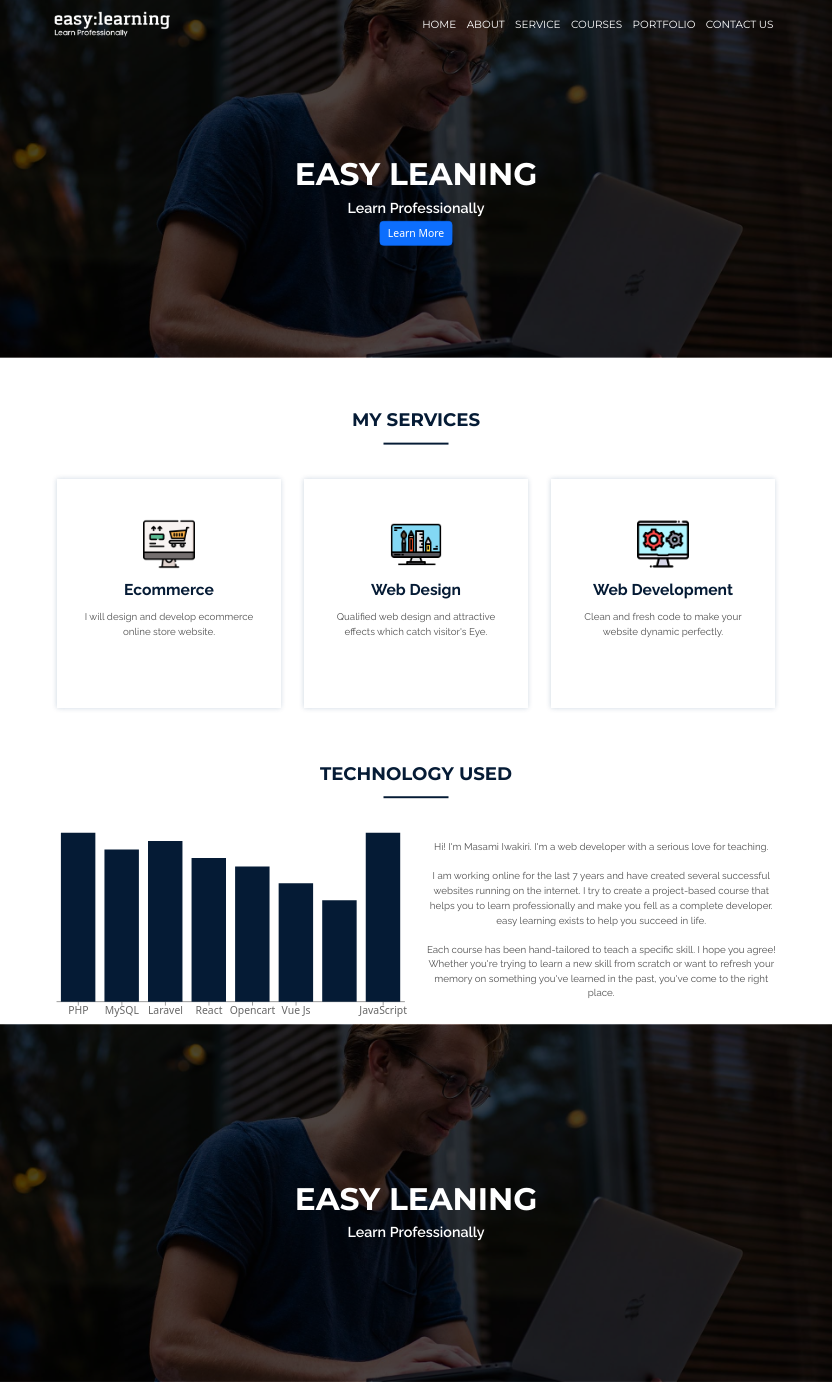
Repository: masamichan/free_video_app
Page: /
An editor plug-in stored every save of this project. The page is shown before and after the next save, followed by the edit.
The browser window is 1280 px wide. The pictures show the whole page, at 65% of full size.
Backgrounds fixed to the window are drawn as part of the page. The project was rebuilt for these pictures with package versions that can differ from the ones it lists, and the page was loaded fresh each time.

Above is the page before, as saved 2023-01-29 11:06:15.

### public/index.html
<!DOCTYPE html>
<html lang="en">
  <head>
    <meta charset="utf-8" />
    <link rel="icon" href="%PUBLIC_URL%/icon.png" />
    <meta name="viewport" content="width=device-width, initial-scale=1" />
    <meta name="theme-color" content="#000000" />
    <meta
      name="description"
      content="Web site created using create-react-app"
    />

    <link rel="manifest" href="%PUBLIC_URL%/manifest.json" />

    <link rel="preconnect" href="https://fonts.googleapis.com">
    <link rel="preconnect" href="https://fonts.gstatic.com" crossorigin>
    <link
      href="https://fonts.googleapis.com/css2?family=Montserrat:wght@400;700;800&family=Raleway:wght@300;400;600;700&display=swap"
      rel="stylesheet">

    <title>Easy Leaning</title>
  </head>
  <body>
    <noscript>You need to enable JavaScript to run this app.</noscript>
    <div style="width: 100%;" id="root"></div>

  </body>
</html>

### src/App.js
import React from "react";
import Analysis from "./components/Analysis/Analysis";
import Services from "./components/Services/Services";
import Summary from "./components/Summary/Summary";
import { TopBanner } from "./components/TopBanner/TopBanner";
import TopNavigation from "./components/TopNavigation/TopNavigation";

function App() {
  return (
    <div>
      <TopNavigation />
      <TopBanner />
      <Services />
      <Analysis />
      <Summary />
    </div>
  );
}

export default App;

### src/components/Analysis/Analysis.jsx
import React, { Component, Fragment } from "react";
import { Col, Container, Row } from "react-bootstrap";
import { Bar, BarChart, ResponsiveContainer, Tooltip, XAxis } from "recharts";
class Analysis extends Component {
  constructor() {
    super();
    this.state = {
      data: [
        { Technology: "PHP", Projects: 100 },
        { Technology: "MySQL", Projects: 90 },
        { Technology: "Laravel", Projects: 95 },
        { Technology: "React", Projects: 85 },
        { Technology: "Opencart", Projects: 80 },
        { Technology: "Vue Js", Projects: 70 },
        { Technology: "Django", Projects: 60 },
        { Technology: "JavaScript", Projects: 100 },
      ],
    };
  }

  render() {
    var blue = "#051b35";
    return (
      <Fragment>
        <Container className="text-center">
          <h1 className="serviceMainTitle">TECHNOLOGY USED</h1>
          <div className="bottom"></div>
          <Row>
            <Col
              style={{ width: "100", height: "300px" }}
              lg={6}
              md={12}
              sm={12}
            >
              <ResponsiveContainer>
                <BarChart width={100} height={300} data={this.state.data}>
                  <XAxis dataKey="Technology" />
                  <Tooltip />
                  <Bar dataKey="Projects" fill={blue}></Bar>
                </BarChart>
              </ResponsiveContainer>
            </Col>

            <Col lg={6} md={12} sm={12}>
              <p className="text-justify serviceDescription">
                Hi! I'm Masami Iwakiri. I'm a web developer with a serious love
                for teaching. <br></br>
                <br></br>I am working online for the last 7 years and have
                created several successful websites running on the internet. I
                try to create a project-based course that helps you to learn
                professionally and make you fell as a complete developer. easy
                learning exists to help you succeed in life.<br></br>
                <br></br>
                Each course has been hand-tailored to teach a specific skill. I
                hope you agree! Whether you're trying to learn a new skill from
                scratch or want to refresh your memory on something you've
                learned in the past, you've come to the right place.
              </p>
            </Col>
          </Row>
        </Container>
      </Fragment>
    );
  }
}
export default Analysis;

### src/components/Services/Services.jsx
import React, { Component, Fragment } from "react";
import { Col, Container, Row } from "react-bootstrap";
import designIcon from "../../asset/image/design.png";
import ecommerceIcon from "../../asset/image/ecommerce.png";
import webIcon from "../../asset/image/web.png";

export class Services extends Component {
  render() {
    return (
      <Fragment>
        <Container className="text-center">
          <h1 className="serviceMainTitle">MY SERVICES</h1>
          <div className="bottom"></div>
          <Row>
            <Col lg={4} md={6} sm={12}>
              <div className="serviceCard text-center">
                <img className="ecommerceIcon" src={ecommerceIcon} />
                <h2 className="serviceName">Ecommerce</h2>
                <p className="serviceDescription">
                  I will design and develop ecommerce online store website.
                </p>
              </div>
            </Col>
            <Col lg={4} md={6} sm={12}>
              <div className="serviceCard text-center">
                <img className="designIcon" src={designIcon} />
                <h2 className="serviceName">Web Design</h2>
                <p className="serviceDescription">
                  Qualified web design and attractive effects which catch
                  visitor's Eye.
                </p>
              </div>
            </Col>
            <Col lg={4} md={6} sm={12}>
              <div className="serviceCard text-center">
                <img className="webIcon" src={webIcon} />
                <h2 className="serviceName">Web Development</h2>
                <p className="serviceDescription">
                  Clean and fresh code to make your website dynamic perfectly.
                </p>
              </div>
            </Col>
          </Row>
        </Container>
      </Fragment>
    );
  }
}

export default Services;

### src/components/Summary/Summary.jsx
import React, { Component, Fragment } from "react";
import { Col, Container, Row } from "react-bootstrap";
export class Summary extends Component {
  render() {
    return (
      <Fragment>
        <Container fluid={true} className="topFixedBanner p-0">
          <div className="topBannerOverlay">
            <Container className="topContent">
              <Row>
                <Col className="text-center">
                  <h1 className="topTitle">EASY LEANING</h1>
                  <h4 className="topSubTitle">Learn Professionally</h4>
                </Col>
              </Row>
            </Container>
          </div>
        </Container>
      </Fragment>
    );
  }
}

export default Summary;

### src/components/TopBanner/TopBanner.jsx
import React, { Component, Fragment } from "react";
import { Button, Col, Container, Row } from "react-bootstrap";

export class TopBanner extends Component {
  render() {
    return (
      <Fragment>
        <Container fluid={true} className="topFixedBanner p-0">
          <div className="topBannerOverlay">
            <Container className="topContent">
              <Row>
                <Col className="text-center">
                  <h1 className="topTitle">EASY LEANING</h1>
                  <h4 className="topSubTitle">Learn Professionally</h4>
                  <Button variant="primary">Learn More</Button>
                </Col>
              </Row>
            </Container>
          </div>
        </Container>
      </Fragment>
    );
  }
}

export default TopBanner;

### src/components/TopNavigation/TopNavigation.jsx
import React, { Component, Fragment } from "react";
import { Nav, Navbar, NavDropdown } from "react-bootstrap";
import { Container } from "react-bootstrap";
import whiteLogo from "../../asset/image/logo_white.png";
import blackLogo from "../../asset/image/logo_black.png";
import "../../asset/css/custom.css";
import "../../asset/css/bootstrap.css";

export class TopNavigation extends Component {
  constructor() {
    super();
    this.state = {
      navBarTitle: "navTitle",
      navBarLogo: [whiteLogo],
      navBarBack: "navBackground",
      navBarItem: "navItem",
    };
  }

  onScroll = () => {
    if (window.scrollY > 100) {
      this.setState({
        navBarTitle: "navTitleScroll",
        navBarLogo: [blackLogo],
        navBarBack: "navBackgroundScroll",
        navBarItem: "navItemScroll",
      });
    } else if (window.scrollY < 100) {
      this.setState({
        navBarTitle: "navTitle",
        navBarLogo: [whiteLogo],
        navBarBack: "navBackground",
        navBarItem: "navItem",
      });
    }
  };

  componentDidMount() {
    window.addEventListener("scroll", this.onScroll);
  }

  render() {
    return (
      <Fragment>
        <Navbar
          className={this.state.navBarBack}
          collapseOnSelect
          fixed="top"
          expand="lg"
          variant="dark"
        >
          <Container>
            <Navbar.Brand className={this.state.navBarTitle} href="#home">
              <img src={this.state.navBarLogo} />
            </Navbar.Brand>
            <Navbar.Toggle aria-controls="responsive-navbar-nav" />
            <Navbar.Collapse id="responsive-navbar-nav">
              <Nav className="me-auto"></Nav>
              <Nav>
                <Nav.Link className={this.state.navBarItem} href="#deets">
                  HOME
                </Nav.Link>
                <Nav.Link className={this.state.navBarItem} href="#deets">
                  ABOUT
                </Nav.Link>
                <Nav.Link className={this.state.navBarItem} href="#deets">
                  SERVICE
                </Nav.Link>
                <Nav.Link className={this.state.navBarItem} href="#deets">
                  COURSES
                </Nav.Link>
                <Nav.Link className={this.state.navBarItem} href="#deets">
                  PORTFOLIO
                </Nav.Link>
                <Nav.Link className={this.state.navBarItem} href="#deets">
                  CONTACT US
                </Nav.Link>
              </Nav>
            </Navbar.Collapse>
          </Container>
        </Navbar>
      </Fragment>
    );
  }
}

export default TopNavigation;

### src/asset/css/custom.css
.topFixedBanner {
  background-image: url("../image/banner.jpg");
  min-height: 550px;
  background-attachment: fixed;
  background-position: center;
  background-repeat: no-repeat;
  background-size: cover;
}
.topBannerOverlay {
  position: absolute;
  min-height: 550px;
  width: 100%;
  background: rgb(0, 0, 0, 0.7);
}

.topContent {
  margin-top: 15em;
}

.topTitle {
  font-family: "Montserrat", sans-serif;
  font-weight: 700;
  color: #ffffff;
  font-size: 48px;
}

.topSubTitle {
  font-family: "Raleway", san-serif;
  font-weight: 600;
  color: #ffffff;
  font-size: 22px;
}

.ecommerceIcon {
  height: 80px;
  width: 80px;
}

.designIcon {
  height: 80px;
  width: 80px;
}

.webIcon {
  height: 80px;
  width: 80px;
}

.serviceCard {
  margin: 5px 5px 5px 5px;
  height: 22rem;
  padding: 60px 30px 60px 30px;
  box-shadow: 0 0 8px 0 rgb(4, 55, 105, 0.2);
}

.serviceCard:hover {
  margin: 5px 5px 5px 5px;
  height: 22rem;
  padding: 60px 30px 60px 30px;
  box-shadow: 0 0 16px 0 rgb(4, 55, 105, 0.2);
}

.serviceName {
  color: #051b35;
  margin-top: 1rem;
  font-family: "Raleway", sans-serif;
  font-size: 24px;
  font-weight: 700;
}

.serviceDescription {
  color: #505050;
  margin-top: 1rem;
  font-family: "Raleway", sans-serif;
  font-size: 15px;
  font-weight: 400;
}

.serviceMainTitle {
  color: #051b35;
  margin-top: 5rem;
  margin-bottom: 3rem;
  font-family: "Montserrat", sans-serif;
  font-weight: 700;
  font-size: 28px;
}

.bottom {
  background: #051b35 none repeat scroll 0 0;
  height: 3px;
  width: 100px;
  margin: -1.9rem auto 0;
  margin-bottom: 3rem;
}

.navTitle {
  font-family: "Montserrat", sans-serif;
  color: #ffffff !important;
  font-weight: 700;
  font-size: 30px;
}

.navTitleScroll {
  font-family: "Montserrat", sans-serif;
  color: #051b35 !important;
  font-weight: 700;
  font-size: 30px;
}

.navBackground {
  -webkit-transition: background-color 400ms llinear;
  -moz-transition: background-color 400ms linear;
  -o-transition: background-color 400ms linear;
  transition: background-color 400ms linear;
  background-color: rgb(00, 00, 00, 0) !important;
}

.navBackgroundScroll {
  -webkit-transition: background-color 400ms llinear;
  -moz-transition: background-color 400ms linear;
  -o-transition: background-color 400ms linear;
  transition: background-color 400ms linear;
  background-color: #ffffff;
}

.navItem {
  text-decoration: none !important;
  font-family: "Montserrat", sans-serif;
  color: #ffffff !important;
  font-weight: 700;
  font-size: 16px;
}

.navItemScroll {
  text-decoration: none !important;
  font-family: "Montserrat", sans-serif;
  color: #000000 !important;
  font-weight: 700;
  font-size: 16px;
}

Loaded but not shown: src/index.js (common file); src/asset/css/bootstrap.css (library)

After the next save:
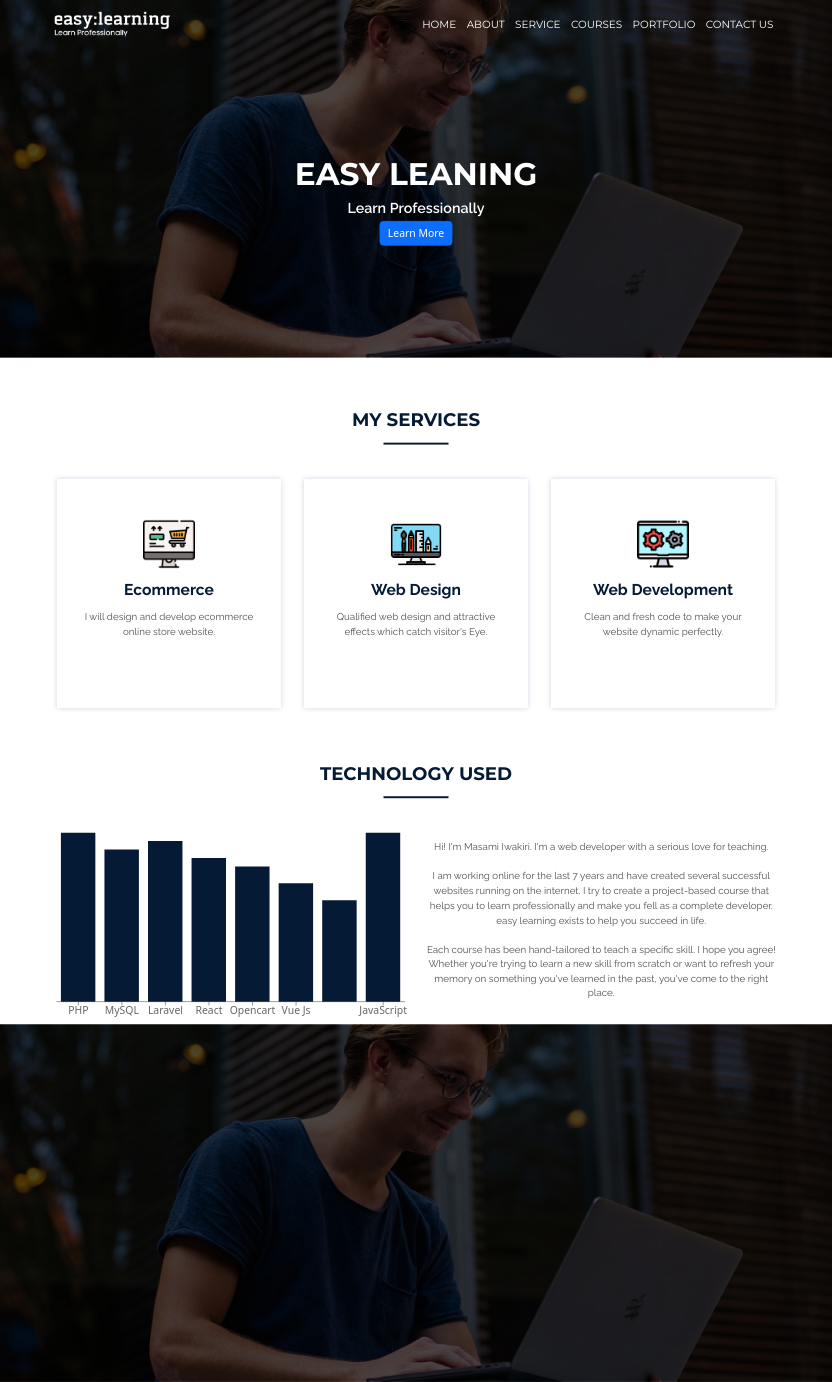
Saved 84 s later.
--- a/src/components/Summary/Summary.jsx
+++ b/src/components/Summary/Summary.jsx
@@ -5,16 +5,7 @@ export class Summary extends Component {
     return (
       <Fragment>
         <Container fluid={true} className="topFixedBanner p-0">
-          <div className="topBannerOverlay">
-            <Container className="topContent">
-              <Row>
-                <Col className="text-center">
-                  <h1 className="topTitle">EASY LEANING</h1>
-                  <h4 className="topSubTitle">Learn Professionally</h4>
-                </Col>
-              </Row>
-            </Container>
-          </div>
+          <div className="topBannerOverlay"></div>
         </Container>
       </Fragment>
     );
